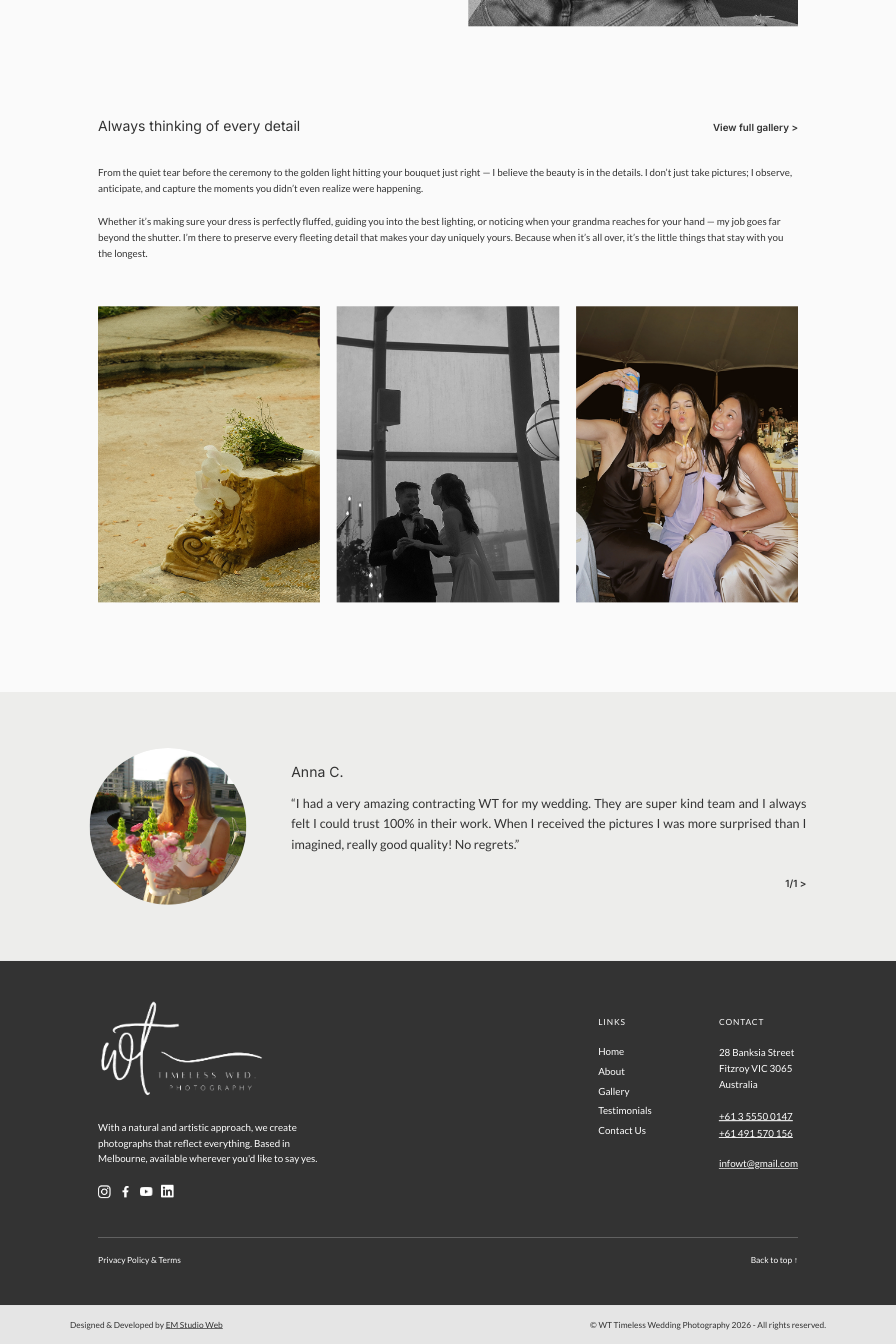
Repository: eduarda-magnago/wt-photography
Page: /
An editor plug-in stored every save of this project. The page is shown before and after the next save, followed by the edit.
The browser window is 1280 px wide. The pictures show the part of the page from y = 1922 to 3842 px (the page is 3842 px tall), at 70% of full size.
Some web fonts or font styles are not loaded; a fallback is used. The project was rebuilt for these pictures with package versions that can differ from the ones it lists, and the page was loaded fresh each time. The framework's server and built-in components were replaced by stand-ins that run in the browser. Also part of the build but not shown: next.config.ts.

Above is the page before, as saved 2026-10-19 11:29:27.

### app/layout.tsx
import type { Metadata } from "next";
import { Inter, Lato, Cormorant_SC } from "next/font/google";
import Header from "@/components/layout/header";
import Footer from "@/components/layout/footer";
import "./globals.css";

const inter = Inter({
  subsets: ["latin"],
  variable: "--font-inter",
});

const lato = Lato({
  subsets: ["latin"],
  weight: ["300", "400", "700"],
  variable: "--font-lato",
});

const cormorant = Cormorant_SC({
  subsets: ["latin"],
  weight: ["300", "400", "500"],
  variable: "--font-cormorant",
});

export const metadata: Metadata = {
  title: "WT Timeless Photography",
  description: "Timeless wedding photography",
};

export default function RootLayout({
  children,
}: {
  children: React.ReactNode;
}) {
  return (
    <html
      lang="en"
      className={`${inter.variable} ${lato.variable} ${cormorant.variable}`}
    >
      <body className="font-sans antialiased">
        <Header />
        <main>{children}</main>
        <Footer />
      </body>
    </html>
  );
}

### app/page.tsx
import Hero from "@/components/hero";
import Intro from "@/components/home/intro";
import About from "@/components/home/about";
import Details from "@/components/home/details";
import Testimonials from "@/components/home/testimonials";
import Reveal from "@/components/reveal";

export default function Home() {
  return (
    <>
      <Hero
        eyebrow="Timeless Wedding Photography"
        title="Capturing the essence of your treasured moments"
        image="/img/hero-bg.jpg"
      />
      <Reveal>
        <Intro />
      </Reveal>
      <Reveal>
        <About />
      </Reveal>
      <Reveal>
        <Details />
      </Reveal>
      <Reveal>
      <Testimonials />
      </Reveal>
    </>
  );
}

### components/layout/header.tsx
"use client";

import { useState } from "react";
import Image from "next/image";
import Link from "next/link";

const navLinks = [
  { label: "Home", href: "/" },
  { label: "About me", href: "/#about" },
  { label: "Gallery", href: "/#gallery" },
  { label: "Testimonials", href: "/#testimonials" },
  { label: "Contact Us", href: "/contact#contact-form" },
];

export default function Header() {
  const [open, setOpen] = useState(false);

  return (
    <header className="absolute inset-x-0 top-0 z-30">
      <div className="flex items-start justify-between px-6 py-8 md:px-14">
        <ul className="flex items-center gap-3">
          <li>
            <a
              href="#"
              aria-label="Instagram"
              className="relative block h-[19px] w-[18px] transition-opacity hover:opacity-70"
            >
              <Image
                src="/img/instagram.png"
                alt=""
                fill
                sizes="18px"
                className="object-contain"
              />
            </a>
          </li>
          <li>
            <a
              href="#"
              aria-label="Facebook"
              className="relative block h-[18px] w-[18px] transition-opacity hover:opacity-70"
            >
              <Image
                src="/img/facebook.png"
                alt=""
                fill
                sizes="18px"
                className="object-contain"
              />
            </a>
          </li>
          <li>
            <a
              href="#"
              aria-label="YouTube"
              className="relative block h-[18px] w-[18px] transition-opacity hover:opacity-70"
            >
              <Image
                src="/img/youtube.png"
                alt=""
                fill
                sizes="18px"
                className="object-contain"
              />
            </a>
          </li>
          <li>
            <a
              href="#"
              aria-label="LinkedIn"
              className="relative block h-[18px] w-[18px] transition-opacity hover:opacity-70"
            >
              <Image
                src="/img/linkedin.png"
                alt=""
                fill
                sizes="18px"
                className="object-contain"
              />
            </a>
          </li>
        </ul>

        <button
          type="button"
          onClick={() => setOpen(true)}
          aria-label="Open menu"
          className="relative block h-6 w-9 transition-opacity hover:opacity-70"
        >
          <Image
            src="/img/menu.png"
            alt=""
            fill
            sizes="36px"
            className="object-contain"
          />
        </button>
      </div>

      {open && (
        <div className="fixed inset-0 z-40 flex items-center justify-center bg-ink/95">
          <button
            type="button"
            onClick={() => setOpen(false)}
            aria-label="Close menu"
            className="absolute right-6 top-8 text-3xl text-white md:right-14"
          >
            ✕
          </button>
          <nav>
            <ul className="flex flex-col items-center gap-8">
              {navLinks.map((link) => (
                <li key={link.label}>
                  <Link
                    href={link.href}
                    onClick={() => setOpen(false)}
                    className="font-heading text-2xl text-white"
                  >
                    {link.label}
                  </Link>
                </li>
              ))}
            </ul>
          </nav>
        </div>
      )}
    </header>
  );
}

### components/layout/footer.tsx
import Image from "next/image";
import Link from "next/link";

const exploreLinks = [
  { label: "Home", href: "/" },
  { label: "About", href: "/#about" },
  { label: "Gallery", href: "/#gallery" },
  { label: "Testimonials", href: "/#testimonials" },
  { label: "Contact Us", href: "/contact#contact-form" },
];

const headingClass = "mb-6 text-xs uppercase tracking-widest";

export default function Footer() {
  return (
    <footer>
      <div className="bg-ink px-6 py-12 text-sm text-white md:px-35 md:py-14">
        <div className="mx-auto max-w-[1600px]">
          <div className="grid gap-12 md:grid-cols-[1fr_auto_auto] md:gap-24">
            <div>
              <Image
                src="/img/logo.png"
                alt="WT Timeless Photography"
                width={240}
                height={110}
              />
              <p className="mt-6 max-w-xs leading-relaxed md:mt-8">
                With a natural and artistic approach, we create photographs
                that reflect everything. Based in Melbourne, available wherever you&apos;d like to say yes.
              </p>
              <ul className="mt-6 flex items-center gap-3">
                <li>
                  <a
                    href="#"
                    aria-label="Instagram"
                    className="transition-opacity hover:opacity-70"
                  >
                    <Image src="/img/instagram.png" alt="" width={18} height={18} />
                  </a>
                </li>
                <li>
                  <a
                    href="#"
                    aria-label="Facebook"
                    className="relative block h-[18px] w-[18px] transition-opacity hover:opacity-70"
                  >
                    <Image
                      src="/img/facebook.png"
                      alt=""
                      fill
                      sizes="18px"
                      className="object-contain"
                    />
                  </a>
                </li>
                <li>
                  <a
                    href="#"
                    aria-label="YouTube"
                    className="transition-opacity hover:opacity-70"
                  >
                    <Image src="/img/youtube.png" alt="" width={18} height={18} />
                  </a>
                </li>
                <li>
                  <a
                    href="#"
                    aria-label="LinkedIn"
                    className="transition-opacity hover:opacity-70"
                  >
                    <Image src="/img/linkedin.png" alt="" width={18} height={18} />
                  </a>
                </li>
              </ul>
            </div>

            <div className="md:pt-6">
              <h3 className={headingClass}>Links</h3>
              <ul className="space-y-2">
                {exploreLinks.map((link) => (
                  <li key={link.label}>
                    <Link href={link.href}>{link.label}</Link>
                  </li>
                ))}
              </ul>
            </div>

            <div className="md:pt-6">
              <h3 className={headingClass}>Contact</h3>
              <address className="not-italic leading-relaxed">
                28 Banksia Street
                <br />
                Fitzroy VIC 3065
                <br />
                Australia
              </address>
              <div className="mt-6 flex flex-col gap-1 underline">
                <a href="tel:+61355500147">+61 3 5550 0147</a>
                <a href="tel:+61491570156">+61 491 570 156</a>
              </div>
              <a
                href="mailto:infowt@gmail.com"
                className="mt-6 block underline"
              >
                infowt@gmail.com
              </a>
            </div>
          </div>

          <div className="mt-14 flex flex-col gap-3 border-t border-white/30 pt-6 text-xs md:flex-row md:items-center md:justify-between">
            <Link href="/privacy-policy-terms" className="transition-opacity hover:opacity-70">
              Privacy Policy &amp; Terms
            </Link>
            <a href="#" className="transition-opacity hover:opacity-70">
              Back to top &uarr;
            </a>
          </div>
        </div>
      </div>

      <div className="bg-neutral-200 px-6 py-5 text-xs text-ink md:px-25">
        <div className="mx-auto flex max-w-[1600px] flex-col gap-2 md:flex-row md:justify-between">
          <p>
            Designed &amp; Developed by{" "}
            <a
              href="https://www.instagram.com/webstudio.em"
              target="_blank"
              rel="noopener noreferrer"
              className="underline"
            >
              EM Studio Web
            </a>
          </p>
          <p>© WT Timeless Wedding Photography 2026 - All rights reserved.</p>
        </div>
      </div>
    </footer>
  );
}

### app/globals.css
@import "tailwindcss";

@theme inline {
  --font-sans: var(--font-lato);
  --font-heading: var(--font-inter);
  --font-hero: var(--font-cormorant);

  --color-ink: #333333;
  --color-sand: #ededeb;
  --color-paper: #fafafa;
  --color-blush: #f4e6dc;
}

html {
  scroll-behavior: smooth;
}

body {
  background: var(--color-paper);
  color: var(--color-ink);
}

### components/hero.tsx
import Image from "next/image";
import Link from "next/link";

type HeroProps = {
  eyebrow: string;
  title: string;
  image: string;
  ctaLabel?: string;
  ctaHref?: string;
};

export default function Hero({
  eyebrow,
  title,
  image,
  ctaLabel = "Explore our gallery",
  ctaHref = "/#gallery",
}: HeroProps) {
  return (
    <section className="relative flex h-[70vh] min-h-[715px] items-center justify-center overflow-hidden">
      <Image
        src="/img/hero.png"
        alt=""
        fill
        priority
        sizes="100vw"
        className="object-cover"
      />
      <div className="absolute inset-0 bg-black/5" />
      <div className="relative z-10 flex max-w-3xl flex-col items-center px-6 text-center text-white">
        <p className="mb-4 text-sm">{eyebrow}</p>
        <h1 className="font-hero text-5xl capitalize leading-[0.7] md:text-7xl">
          {title}
        </h1>
        <Link
          href={ctaHref}
          className="mt-8 border-b border-white pb-1 text-xs uppercase tracking-wider"
        >
          {ctaLabel}
        </Link>
      </div>
    </section>
  );
}

### components/home/intro.tsx
export default function Intro() {
  return (
    <section className="bg-sand px-6 py-22 md:py-25">
      <p className="mx-auto max-w-3xl text-justify text-xl leading-relaxed md:text-2xl">
        Your love story is one of a kind, filled with genuine emotions,
        meaningful details, and unforgettable moments. Our passion is to
        preserve those fleeting seconds and transform them into timeless images
        that you will cherish for a lifetime.
      </p>
    </section>
  );
}

### components/home/about.tsx
import Image from "next/image";

export default function About() {
  return (
    <section id="about" className="bg-paper px-6 py-24 md:px-14 md:py-32">
      <div className="mx-auto grid max-w-[1000px] items-center gap-12 md:grid-cols-[435fr_500fr] md:gap-x-12 xl:gap-x-[120px]">
        <div>
          <h2 className="font-heading text-[20px]">Meet the photographer</h2>

          <div className="mt-6 space-y-7 text-justify text-base leading-6">
            <p>
              Hi, I’m Emily Rose. I’m a wedding photographer based in
              Australia, passionate about telling love stories through my
              lens. What began as a love for capturing small, quiet moments has
              grown into a career built on trust, emotion, and the art of
              honest storytelling.
            </p>
            <p>
              With over 6 years of experience, I specialize in natural,
              documentary-style photography that focuses on genuine connection, not stiff poses. I believe the best photos are the ones where
              you forget the camera is even there.
            </p>
            <p>
              Beyond photography, I’m a calm presence on a whirlwind day. From
              fixing veils to finding the best light, I’m there to make your
              experience effortless and enjoyable. My clients often say I felt
              like a friend with a camera, and that’s the greatest compliment
              I could ask for.
            </p>
            <p>
              Let’s create something timeless together — photos you’ll look at
              30 years from now and still feel everything.
            </p>
          </div>
        </div>

        <div className="relative aspect-[619/855] w-full md:aspect-[619/1000]">
          <Image
            src="/img/about.png"
            alt="Wedding photographer picture"
            fill
            sizes="(min-width: 1280px) 500px, (min-width: 768px) 50vw, 100vw"
            className="object-cover"
          />
        </div>
      </div>
    </section>
  );
}

### components/home/details.tsx
import Image from "next/image";
import Link from "next/link";

const photos = [
  { src: "/img/detail1.png", alt: "Bouquet resting on a golden ornament" },
  { src: "/img/detail2.png", alt: "Couple dancing by a large window" },
  { src: "/img/detail3.png", alt: "Bridesmaids laughing together" },
];

export default function Details() {
  return (
    <section id="gallery" className="bg-paper px-6 pb-24 md:px-14 md:pb-32">
      <div className="mx-auto max-w-[1000px]">
        <div className="flex items-baseline justify-between">
          <h2 className="font-heading text-[20px]">
            Always thinking of every detail
          </h2>
          <Link href="/#gallery" className="font-heading text-sm font-semibold">
            View full gallery &gt;
          </Link>
        </div>

        <div className="mt-10 space-y-6 text-sm leading-relaxed">
          <p>
            From the quiet tear before the ceremony to the golden light hitting
            your bouquet just right — I believe the beauty is in the details. I
            don’t just take pictures; I observe, anticipate, and capture the
            moments you didn’t even realize were happening.
          </p>
          <p>
            Whether it’s making sure your dress is perfectly fluffed, guiding
            you into the best lighting, or noticing when your grandma reaches
            for your hand — my job goes far beyond the shutter. I’m there to
            preserve every fleeting detail that makes your day uniquely yours.
            Because when it’s all over, it’s the little things that stay with
            you the longest.
          </p>
        </div>

        <div className="mt-16 grid gap-6 md:grid-cols-3">
          {photos.map((photo) => (
            <div key={photo.src} className="relative aspect-[3/4]">
              <Image
                src={photo.src}
                alt={photo.alt}
                fill
                sizes="(min-width: 768px) 33vw, 100vw"
                className="object-cover"
              />
            </div>
          ))}
        </div>
      </div>
    </section>
  );
}

### components/home/testimonials.tsx
"use client";

import { useState } from "react";
import Image from "next/image";

const testimonials = [
  {
    name: "Anna C.",
    image: "/img/testimonial.png",
    quote:
      "I had a very amazing contracting WT for my wedding. They are super kind team and I always felt I could trust 100% in their work. When I received the pictures I was more surprised than I imagined, really good quality! No regrets.",
  },
];

export default function Testimonials() {
  const [index, setIndex] = useState(0);
  const current = testimonials[index];

  function next() {
    setIndex((prev) => (prev + 1) % testimonials.length);
  }

  return (
    <section id="testimonials" className="bg-sand px-6 py-20 md:px-14">
      <div className="mx-auto grid max-w-5xl items-center gap-10 md:grid-cols-[auto_1fr] md:gap-16">
        <div className="relative h-48 w-48 overflow-hidden rounded-full md:h-56 md:w-56">
          <Image
            src={current.image}
            alt={current.name}
            fill
            sizes="224px"
            className="object-cover"
          />
        </div>

        <div>
          <h3 className="font-heading text-xl">{current.name}</h3>
          <blockquote className="mt-4 text-justify text-lg leading-relaxed">
            “{current.quote}”
          </blockquote>
          <button
            type="button"
            onClick={next}
            className="font-heading mt-8 ml-auto block text-sm font-semibold"
          >
            {index + 1}/{testimonials.length} &gt;
          </button>
        </div>
      </div>
    </section>
  );
}

### components/reveal.tsx
"use client";

import { useEffect, useRef, useState, type ReactNode } from "react";

type RevealProps = {
  children: ReactNode;
  className?: string;
  delay?: number;
};

export default function Reveal({
  children,
  className = "",
  delay = 0,
}: RevealProps) {
  const ref = useRef<HTMLDivElement>(null);
  const [visible, setVisible] = useState(false);

  useEffect(() => {
    const el = ref.current;
    if (!el) return;

    const observer = new IntersectionObserver(
      ([entry]) => {
        setVisible(entry.isIntersecting);
      },
      { threshold: 0.15, rootMargin: "0px 0px -5% 0px" }
    );

    observer.observe(el);
    return () => observer.disconnect();
  }, []);

  return (
    <div
      ref={ref}
      style={{ transitionDelay: `${delay}ms` }}
      className={`transition-all duration-700 ease-out motion-reduce:transition-none ${
        visible ? "translate-y-0 opacity-100" : "translate-y-8 opacity-0"
      } ${className}`}
    >
      {children}
    </div>
  );
}

After the next save:
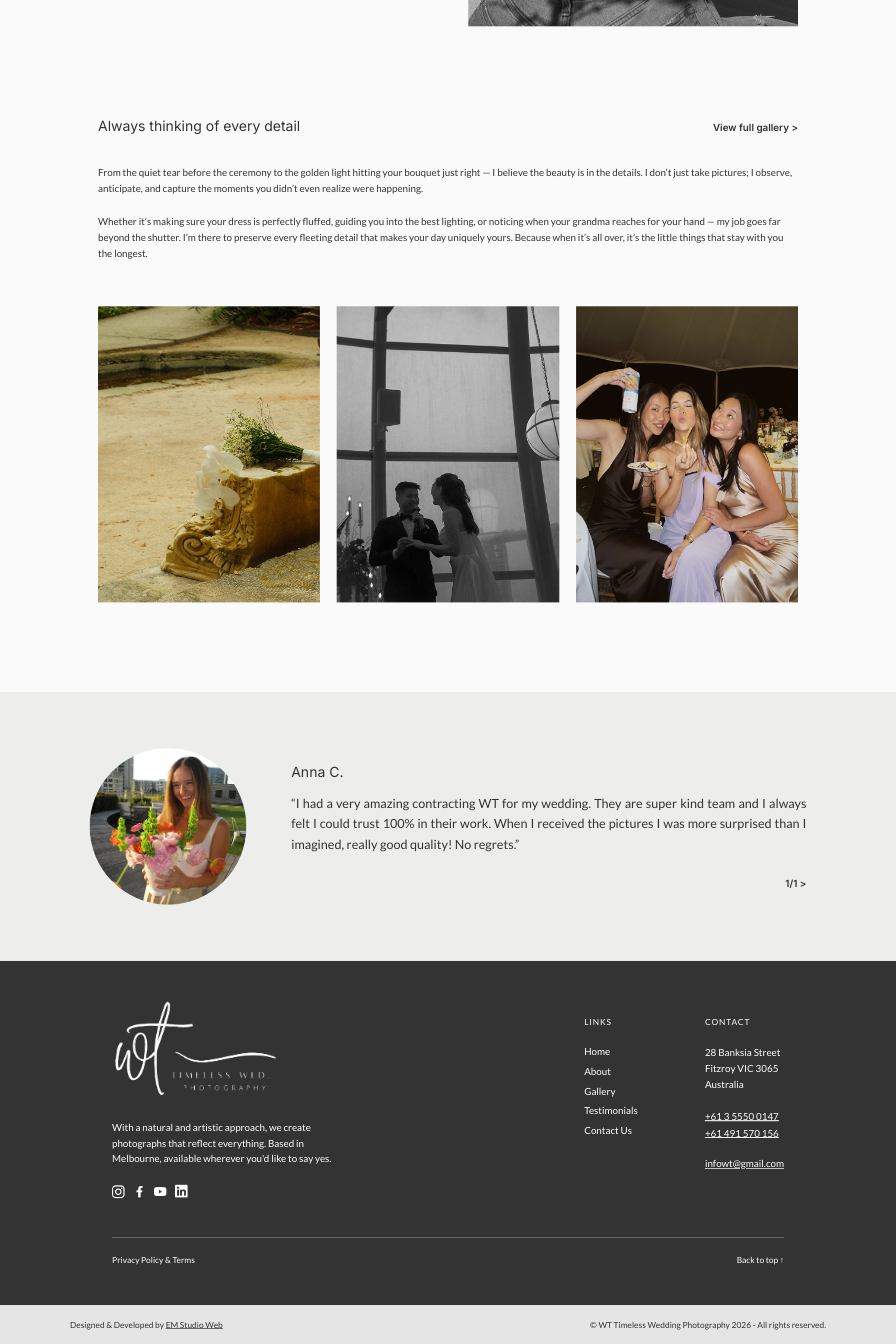
Saved 6 s later.
--- a/components/layout/footer.tsx
+++ b/components/layout/footer.tsx
@@ -14,7 +14,7 @@ const headingClass = "mb-6 text-xs uppercase tracking-widest";
 export default function Footer() {
   return (
     <footer>
-      <div className="bg-ink px-6 py-12 text-sm text-white md:px-35 md:py-14">
+      <div className="bg-ink px-6 py-12 text-sm text-white md:px-40 md:py-14">
         <div className="mx-auto max-w-[1600px]">
           <div className="grid gap-12 md:grid-cols-[1fr_auto_auto] md:gap-24">
             <div>
